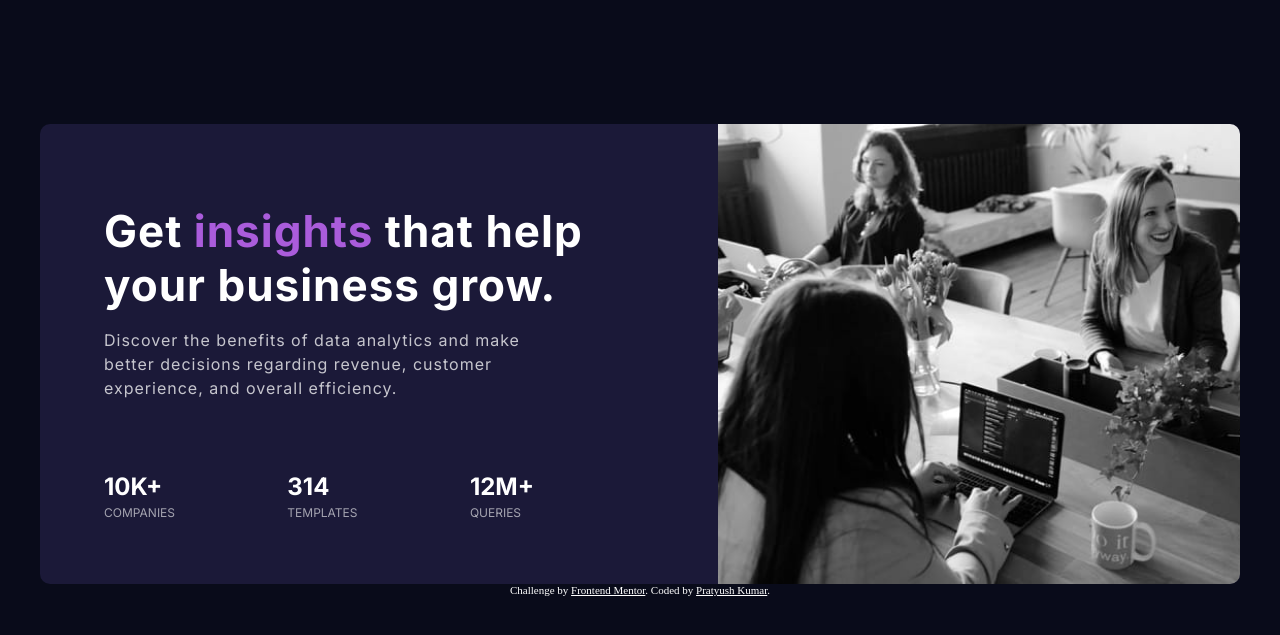
Repository: PratypartyY2K/frontendmentor-challenges
Page: stats-preview-card-component-main/index.html
An editor plug-in stored every save of this project. The page is shown before and after the next save, followed by the edit.
The browser window is 1280 px wide. The pictures show the whole page.

Above is the page before, as saved 2021-07-14 01:10:34.

After the next save:
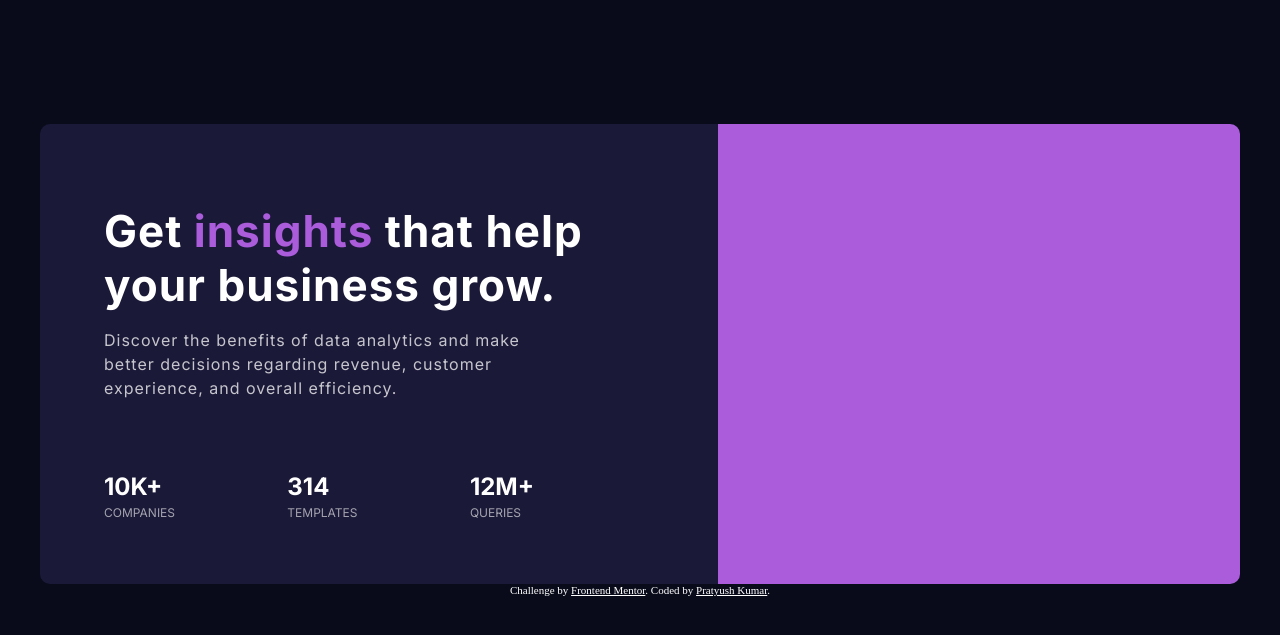
Saved 27 s later.
--- a/stats-preview-card-component-main/style.css
+++ b/stats-preview-card-component-main/style.css
@@ -76,17 +76,15 @@ h3 {
 }
 
 .img-container {
-    background-color: ;
     background-image: url(images/image-header-desktop.jpg);
     width: 100%;
     background-repeat: no-repeat;
     background-size: cover;
 }
 
-.img-container::before {
-    content: "";
+.overlay {
     background-color: hsl(277, 64%, 61%);
-    width: 100%;
+    height: 100%;
 }
 
 .attribution { font-size: 11px; text-align: center; color: white; }
